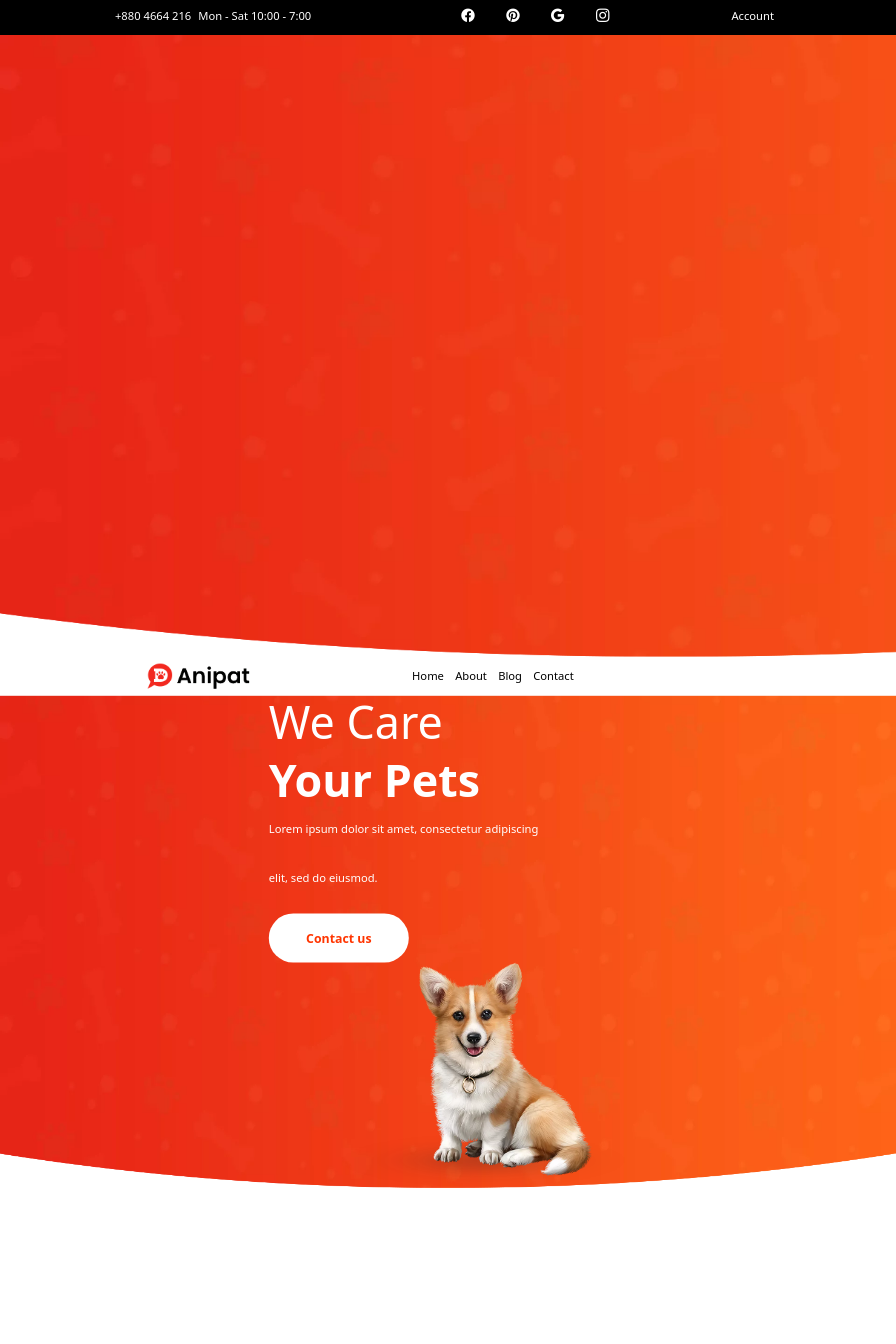
Repository: beovan/php1_ASM
Page: index.html
These files come from the project's save history. The page is drawn as it stood at one moment and after a run of saves; the edit follows.
The browser window is 1280 px wide. The pictures show the part of the page from y = 0 to 1920 px (the page is 3221 px tall before and 2967 px after), at 70% of full size.

Above is the page before, as saved 2023-07-12 17:25:51.

After the next 2 saves:
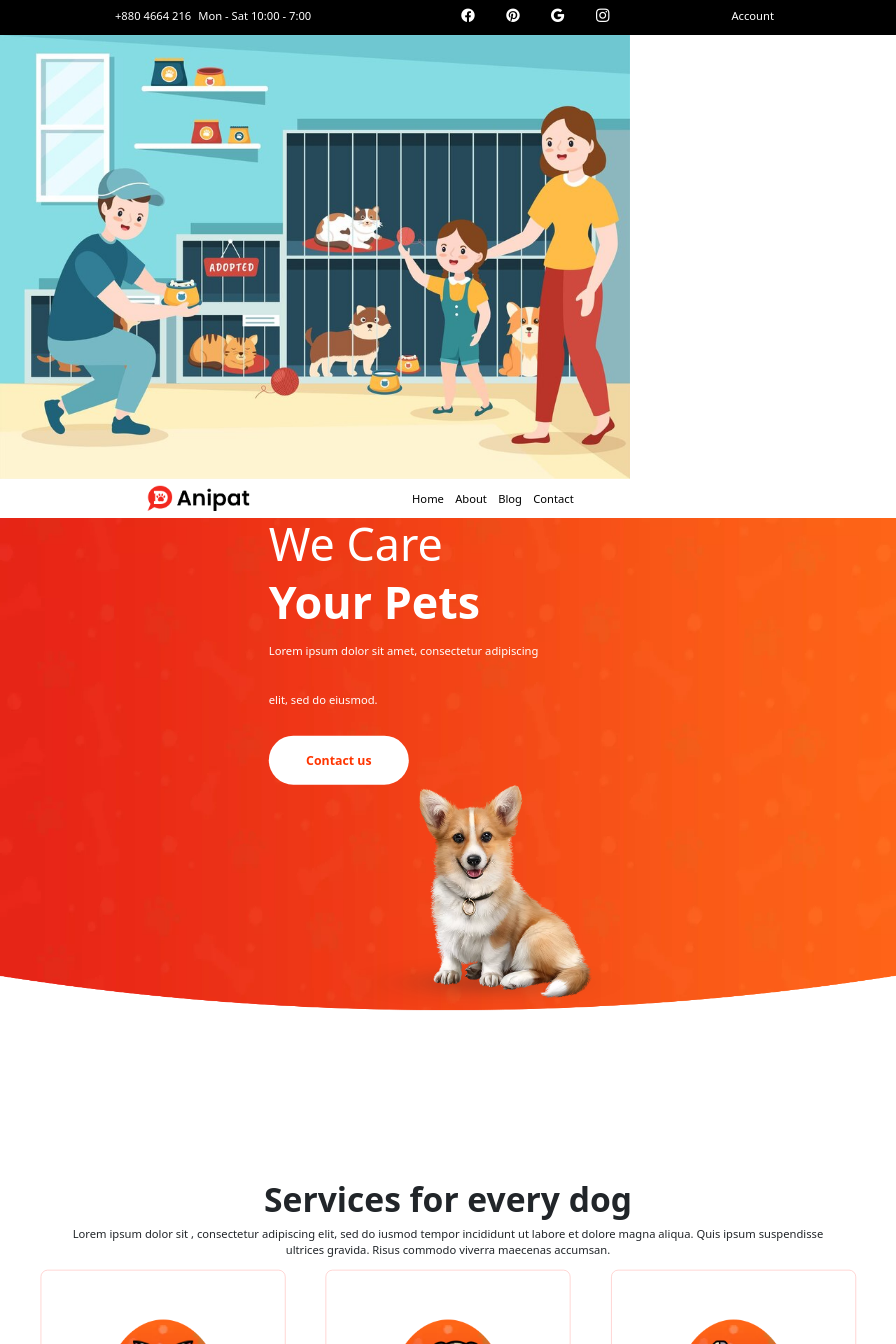
The 2 saves are shown as one change because they came seconds apart.
The last was saved 7 s later.
--- a/index.html
+++ b/index.html
@@ -46,7 +46,7 @@
 
       </div>
       <div class="header-bottom">
-        <img src="img/banner.png.webp" alt="">
+        <img src="img/Background_blur/adopt-pet-from-animal-shelter-form-cats-dogs-care-flat-cartoon-illustration_2175-9539.jpg" alt="">
         <div class="row-header-bottom">
           <a href="index.html"><img src="img/logo.png.webp" alt=""></a>
           <nav class="navbar navbar-expand-lg ">
